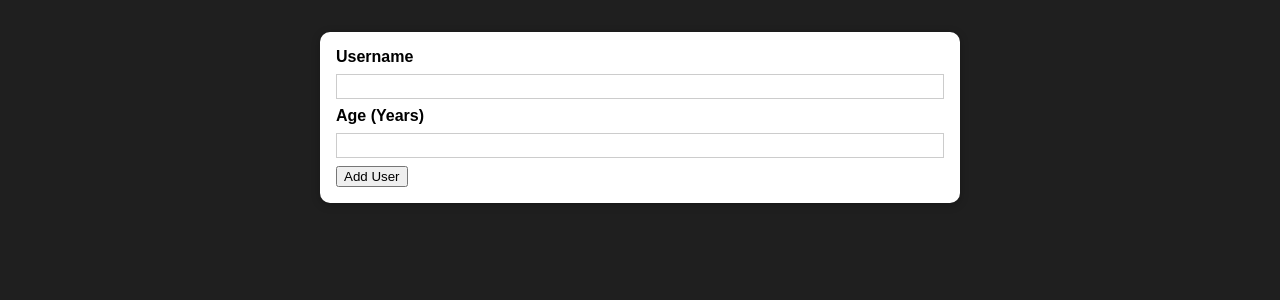
Repository: wenxi0504/React-userInput
Page: /
An editor plug-in stored every save of this project. The page is shown before and after the next save, followed by the edit.
The browser window is 1280 px wide. The pictures show the whole page.
The project was rebuilt for these pictures with package versions that can differ from the ones it lists, and the page was loaded fresh each time.

Above is the page before, as saved 2022-05-31 23:34:46.

### src/index.css
* {
  box-sizing: border-box;
}

html {
  font-family: sans-serif;
  background:#1f1f1f ;

}

body {
  margin: 0;
}

### src/components/Users/AddUser.js
import React from "react";
import Card from "../UI/Card";
import classes from "./AddUser.module.css";

const AddUser = (props) => {
  const addUserHandler = (event) => {
    event.preventDefault();
  };

  // addUserHandler()means call immediately
  return (
    <Card className={classes.input}>
      <form onSubmit={addUserHandler}>
        <label htmlFor="username">Username</label>
        <input
          id="username"
          type="text"
          name="username"
          onChange={props.handleChange}
        />
        <label htmlFor="age">Age (Years)</label>
        <input
          id="age"
          type="number"
          name="age"
          onChange={props.handleChange}
        />
        <button type="submit">Add User</button>
      </form>
    </Card>
  );
};

export default AddUser;

### src/components/UI/Card.js
import React from "react";
import classes from "./Card.module.css";

//props.children is the content of the Card component
const Card = (props) => {
  return (
    <div className={`${classes.card} ${props.className}`}>{props.children}</div>
  );
};

export default Card;

### src/components/UI/Card.module.css
.card{
    background-color: #fff;
    box-shadow: 0 2px 8px rgba(0, 0, 0, 0.26);
    border-radius: 10px;
}

Loaded but not shown: src/index.js (common file); src/App.js (common file); src/components/Users/AddUser.module.css (common file); src/components/UI/Button.js (common file); src/components/UI/Button.module.css (common file)

After the next save:
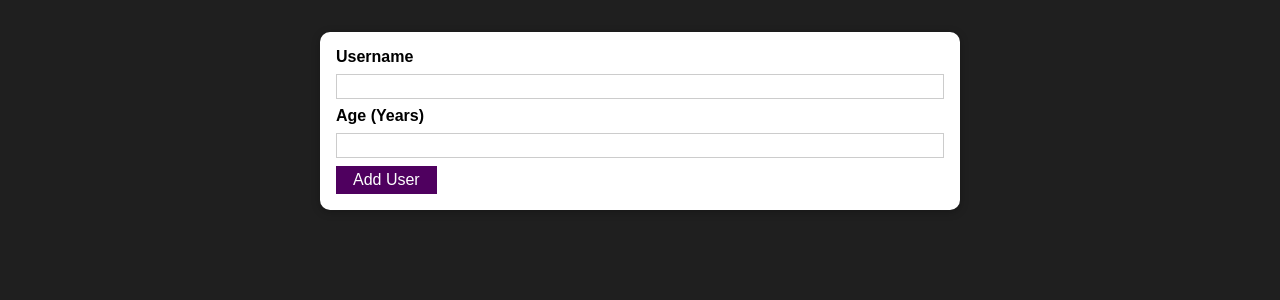
Saved 44 s later.
--- a/src/components/Users/AddUser.js
+++ b/src/components/Users/AddUser.js
@@ -1,5 +1,6 @@
 import React from "react";
 import Card from "../UI/Card";
+import Button from "../UI/Button";
 import classes from "./AddUser.module.css";
 
 const AddUser = (props) => {
@@ -25,7 +26,7 @@ const AddUser = (props) => {
           name="age"
           onChange={props.handleChange}
         />
-        <button type="submit">Add User</button>
+        <Button type="submit">Add User</Button>
       </form>
     </Card>
   );
